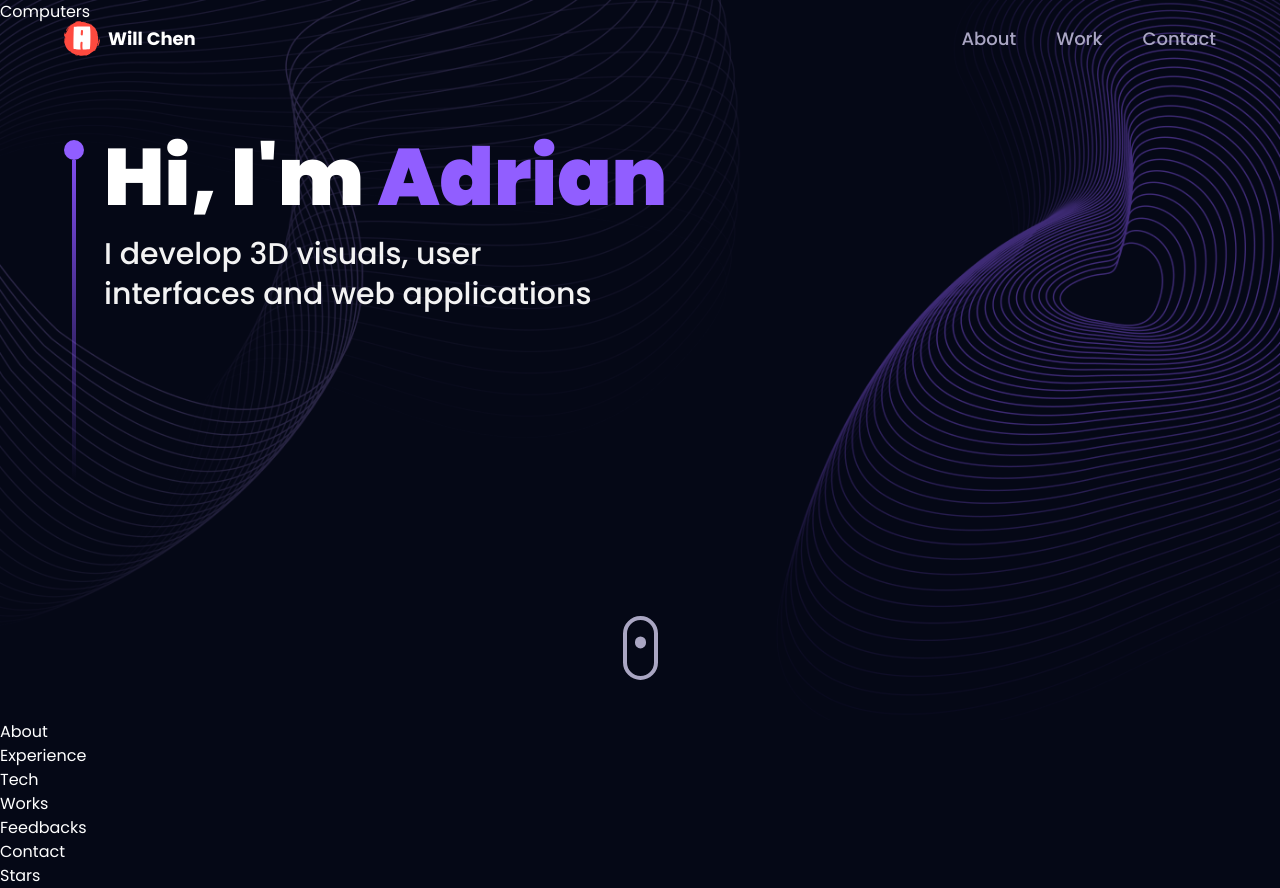
Repository: smallchungus/updatedPersonalWebsite
Page: /
An editor plug-in stored every save of this project. The page is shown before and after the next save, followed by the edit.
The browser window is 1280 px wide. The pictures show the whole page.
The project was rebuilt for these pictures with package versions that can differ from the ones it lists, and the page was loaded fresh each time. Also part of the build but not shown: vite.config.js, src/components/canvas/Earth.jsx, src/components/canvas/Ball.jsx.

Above is the page before, as saved 2023-11-26 12:13:18.

After the next save:
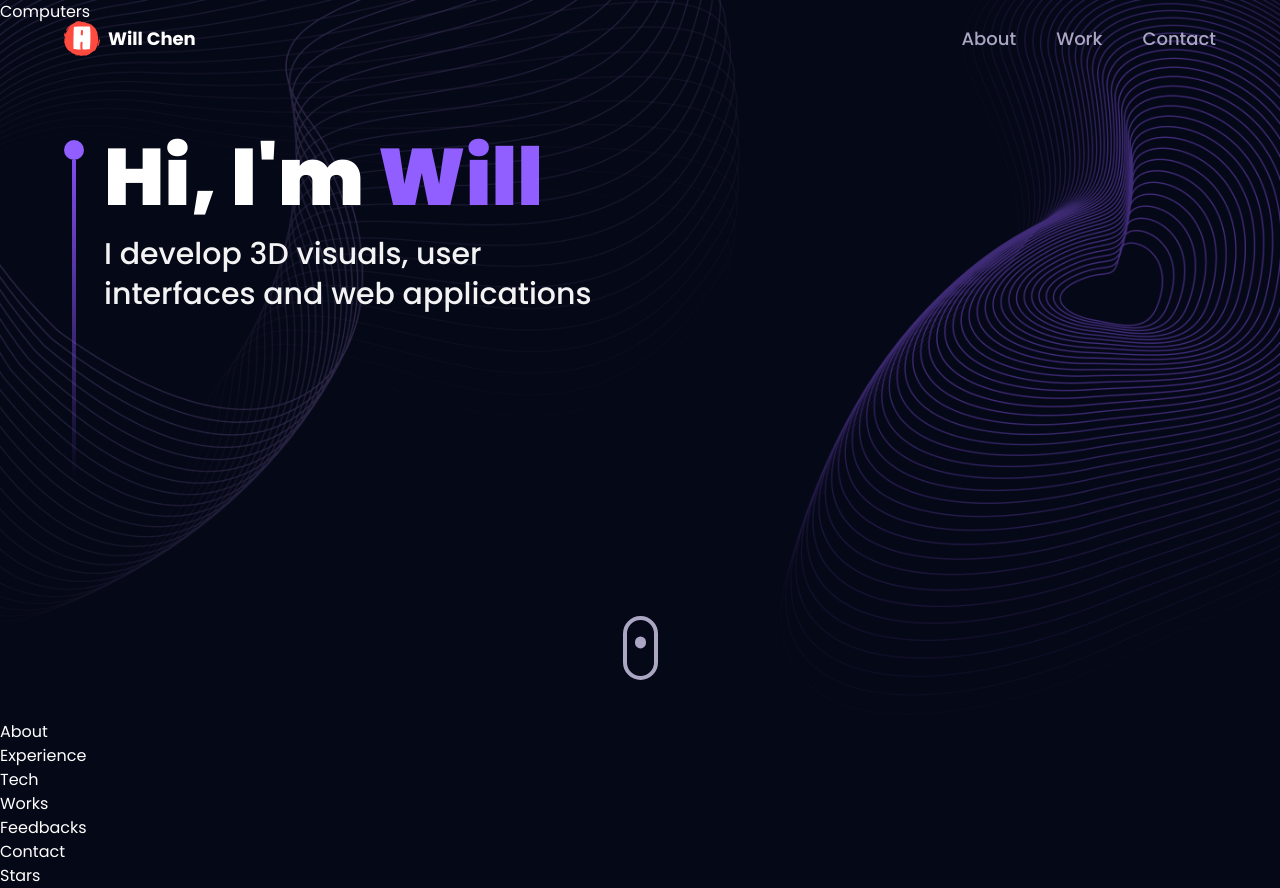
Saved 21 s later.
--- a/src/components/Hero.jsx
+++ b/src/components/Hero.jsx
@@ -16,7 +16,7 @@ const Hero = () => {
 
         <div>
           <h1 className={`${styles.heroHeadText} text-white`}>
-            Hi, I'm <span className='text-[#915EFF]'>Adrian</span>
+            Hi, I'm <span className='text-[#915EFF]'>Will</span>
           </h1>
           <p className={`${styles.heroSubText} mt-2 text-white-100`}>
             I develop 3D visuals, user <br className='sm:block hidden' />
